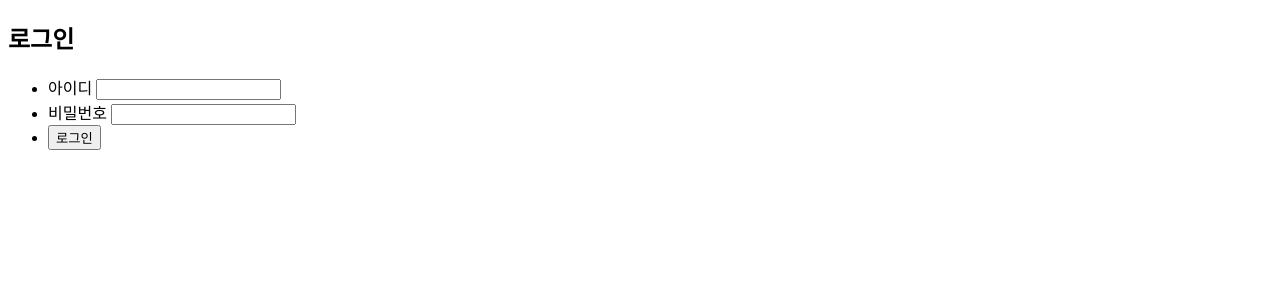
Repository: kiyongee2/space_jspworks
Page: http://localhost/jweb01/session2/loginForm.jsp
An editor plug-in stored every save of this project. The page is shown before and after the next save, followed by the edit.
The browser window is 1280 px wide. The pictures show the whole page.
The page is served by Tomcat 10.

Above is the page before, as saved 2025-10-14 01:56:10.

After the next save:
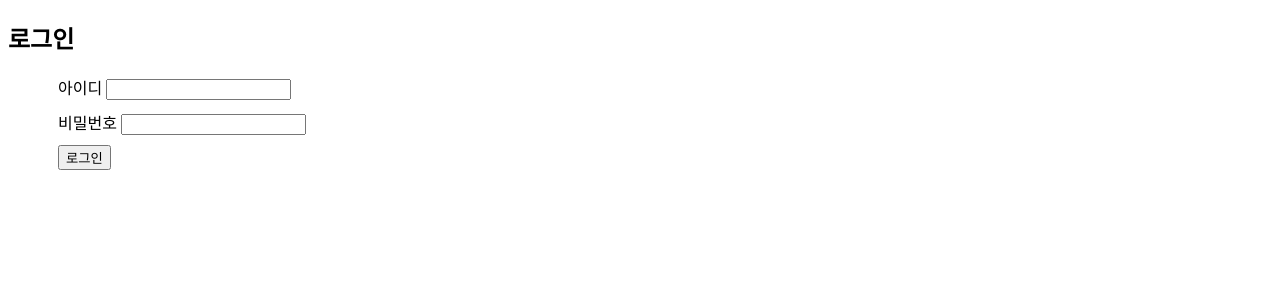
Saved 41 s later.
--- a/jweb01/src/main/webapp/session2/loginForm.jsp
+++ b/jweb01/src/main/webapp/session2/loginForm.jsp
@@ -5,6 +5,12 @@
 <head>
 <meta charset="UTF-8">
 <title>useBean - 로그인</title>
+<style>
+  ul li{
+  	list-style: none;
+  	margin: 10px;
+  }
+</style>
 </head>
 <body>
 	<h2>로그인</h2>
